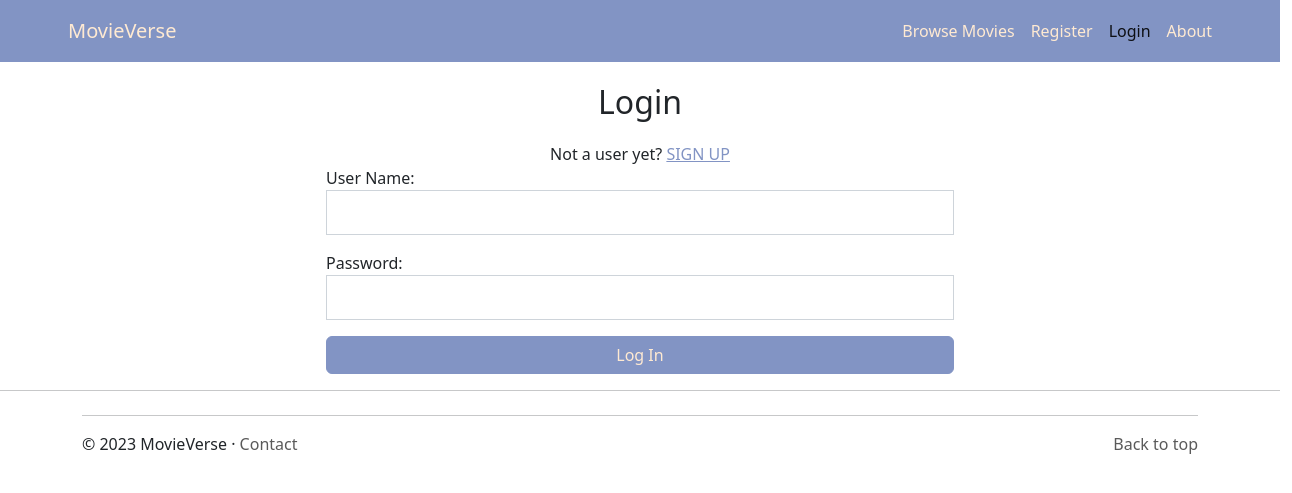
Repository: rafaelasantana/MovieVerse
Page: http://localhost/login.php
The author's editor kept a copy of each file at every save. The page is drawn from the files as they stood at one save, then again after the next save.
The browser window is 1280 px wide. The page is 1292 px wide, then 1280 px, then 1292 px, so the pictures cover 1292 px, including what lies to the right of the window. The pictures show the whole page.
Some web libraries are served in a nearby version. The page is run by PHP 8.4 with error messages shown; the project is at /var/www/html/.

Above is the page before, as saved 2023-06-10 22:20:04.
Console error: TypeError: Cannot read properties of undefined (reading 'keyboard')

### MovieVerse/login.php
<?php
$page = "login";
session_start();
include "header.php";
include "navbar.php";
include "database.php";
?>
<?php

$errordata = "";

if ($_SERVER['REQUEST_METHOD'] === 'POST') {

    if (empty($_POST["username"]) || empty($_POST["password"])) {
        $error = "Please fill out all the fields!";
    } else if (isset($_POST["username"]) && isset($_POST["password"])) {

        include_once "conn.php";
        $username = $_POST["username"];
        $password = $_POST["password"];

        //selektieren wir die daten von tabelle users in datenbank um die login zu machen
        $sql = "SELECT id, username, password, role, status FROM user WHERE username = ?";
        $stmt = $conn->prepare($sql);
        $stmt->bind_param("s", $username);
        $stmt->execute();

        $result = $stmt->get_result();
        //hier wird der session gespeichert

        while ($row = $result->fetch_assoc()) {
            echo "got results from the database";

            if (password_verify($password, $row["password"])) {
                echo "verifying password";
                $username = $row["username"];
                $role = $row["role"];
                $id = $row["id"];
                $status = $row["status"];

                $_SESSION["username"] = $username;
                $_SESSION["role"] = $role;
                $_SESSION["status"] = $status;
                $_SESSION["id"] = $id;
                echo "login worked!";

                // echo "<script>window.location.href='welcome.php'</script>";
                exit();
            } else if (!password_verify($password, $row["password"])) {
                $error = "Wrong username or password. Please try again!";
            } else if ($row["status"] == 'Inactive') {
                $error = "You are no longer allowed to access on this website!";
            }
        }
        $error = "Wrong username or password. Please try again!!";
        $conn = null;
    }
}

?>

<body>
    <div class="row justify-content-center">
        <div class="col-xs-10 col-lg-6">
            <!-- Testing with includes/ logic -->
            <form action="includes/login.inc.php" method="post" class="sign-in-form">
                <div class="fs-2 mt-3 text-center mb-3">Login</div>
                <div class="text-center">Not a user yet? <a href="registration.php" style="color:#8294C4"> SIGN UP</a></div>

                <div class="form-group mb-3">
                    <label>User Name:</label>
                    <input type="text" class="form-control" id="email" value="" name="username" required>
                </div>

                <div class="form-group mb-3">
                    <label>Password:</label>
                    <input type="password" class="form-control" id="password" value="" name="password" required>
                </div>

                <div style="color: red;">
                    <?php

                    if (isset($error)) {
                        echo "<p class=\"Rerror\">" . $error . "</p>";
                    }
                    ?>
                </div>
                <div class="d-grid gap-2">
                    <button type="submit" name="submit" class="btn btn-login">Log In</button>
                </div>
            </form>
        </div>

    </div>
    <hr class="featurette-divider">

    <?php

    include "footer.php";

    ?>

### MovieVerse/header.php
<!doctype html>
<html lang="en">

<head>
  <title>Title</title>
  <!-- Required meta tags -->
  <meta charset="utf-8">
  <meta name="viewport" content="width=device-width, initial-scale=1, shrink-to-fit=no">

  <!-- Bootstrap CSS v5.2.1 -->
  <link href="https://cdn.jsdelivr.net/npm/bootstrap@5.2.1/dist/css/bootstrap.min.css" rel="stylesheet" integrity="sha384-iYQeCzEYFbKjA/T2uDLTpkwGzCiq6soy8tYaI1GyVh/UjpbCx/TYkiZhlZB6+fzT" crossorigin="anonymous">

  <!-- Template Main CSS Files -->
  <link href="assets/css/variables.css" rel="stylesheet">
  <link href="assets/css/index.css" rel="stylesheet">
  <link href="assets/css/login.css" rel="stylesheet">
  <link href="assets/css/footer.css" rel="stylesheet">
  <link href="assets/css/navbar.css" rel="stylesheet">

  <!-- add jquery (here minimized version)-->
  <script src="https://code.jquery.com/jquery-3.6.4.min.js" integrity="sha256-oP6HI9z1XaZNBrJURtCoUT5SUnxFr8s3BzRl+cbzUq8=" crossorigin="anonymous"></script>

  <!-- add font awesome library -->
  <script src="https://kit.fontawesome.com/a2b15cd676.js" crossorigin="anonymous"></script>

  <script defer src="assets/js/index.js"></script>

</head>

<body>

### MovieVerse/navbar.php
<!-- Begin header -->
<div class="navbar navbar-expand-lg" style="background-color: #8294C4">
    <div class="container-fluid">
        <!-- click on logo image to go to homepage -->
        <a href="index.php" class="navbar-brand mx-2 navbar-text">MovieVerse</a>
        <!-- burger button when collapses -->
        <div class="justify-content-end">
            <button class="navbar-toggler" type="button" data-bs-toggle="collapse" data-bs-target="#navbar_index" aria-controls="navbar_index" aria-expanded="false">
                <span class="navbar-toggler-icon"></span>
            </button>

        </div>
        <!-- Navbar -->
        <div id="navbar_index" class="collapse navbar-collapse justify-content-end">
            <div class="navbar-nav">
                <a class="navbar-text nav-link <?php if ($page == 'index') echo 'active' ?>" href="index.php">Browse Movies</a>
                <?php
                // if user is logged in, show profile
                if (isset($_SESSION["firstname"])) { ?>
                    <a class="navbar-text nav-link <?php if ($page == 'profile') echo 'active' ?> " href="profile.php">Profile</a>
                    <a class='navbar-text nav-link <?php if($page == 'logout') echo 'active' ?>' href='includes/logout.inc.php'>Logout</a>
                <?php }
                // if user is not logged in, show register and login
                else { ?>
                    <a class="navbar-text nav-link <?php if ($page == "registration") echo "active" ?>" href="registration.php">Register</a>
                    <a class="navbar-text nav-link <?php if ($page == "login") echo " active" ?>" href="login.php">Login</a>
                <?php } ?>
                <a class="navbar-text nav-link <?php if ($page == "help") echo " active" ?>" href="about.php">About</a>
            </div>
        </div>
    </div>
</div>

### MovieVerse/database.php
<?php

//for Rafaela

// $host ="localhost";
//$user = "root";
//$password ="mysql";
//$database = "movieverse";

// for Livia
$host ="localhost";
$user = "root";
$password ="";
$database = "movieverseprojekt";

$conn = mysqli_connect($host, $user, $password, $database);

if(!$conn){
    die("Connection failed:" . mysqli_connect_error());
}

### MovieVerse/footer.php
<footer class="container mt-4">
  <hr class="featurette-divider">
  <p class="float-end"><a href="#" class="footerCls">Back to top</a></p>
  <p>&copy; 2023 MovieVerse &middot; <a href="about.php" class="footerCls">Contact</a></p>
</footer>
<!-- Bootstrap JavaScript Libraries -->
<script src="https://cdn.jsdelivr.net/npm/@popperjs/core@2.11.6/dist/umd/popper.min.js" integrity="sha384-oBqDVmMz9ATKxIep9tiCxS/Z9fNfEXiDAYTujMAeBAsjFuCZSmKbSSUnQlmh/jp3" crossorigin="anonymous">
</script>

<script src="https://cdn.jsdelivr.net/npm/bootstrap@5.2.1/dist/js/bootstrap.min.js" integrity="sha384-7VPbUDkoPSGFnVtYi0QogXtr74QeVeeIs99Qfg5YCF+TidwNdjvaKZX19NZ/e6oz" crossorigin="anonymous">
</script>
</body>

</html>

### MovieVerse/assets/css/variables.css
/**
* Template Name: ZenBlog
* File: variables.css
* Description: Easily customize colors, typography, and other repetitive properties used in the template main stylesheet file main.css
*
* Template URL: https://bootstrapmade.com/zenblog-bootstrap-blog-template/
* Author: BootstrapMade.com
* License: https://bootstrapmade.com/license/
*
* Contents:
* 1. ZenBlog template variables
* 2. Override default Bootstrap variables
* 3. Set color and background class names
*
* Learn more about CSS variables at https://developer.mozilla.org/en-US/docs/Web/CSS/Using_CSS_custom_properties
*/

/*--------------------------------------------------------------
# 1. ZenBlog template variables
--------------------------------------------------------------*/
:root {

  /* Fonts */
  --font-default: 'EB Garamond', system-ui, -apple-system, "Segoe UI", Roboto, "Helvetica Neue", Arial, "Noto Sans", "Liberation Sans", sans-serif, "Apple Color Emoji", "Segoe UI Emoji", "Segoe UI Symbol", "Noto Color Emoji";
  --font-primary: 'EB Garamond', serif; /*'Playfair Display', serif;*/
  --font-secondary: 'Inter', sans-serif;

  /* Colors */
  /* The *-rgb color names are simply the RGB converted value of the corresponding color for use in the rgba() function */

  /* Default text color */
  --color-default: #212529;
  --color-default-rgb: 33, 37, 41;

  /* Defult links color */
  --color-links: #212529;
  --color-links-hover: #15171a;

  /* Primay colors */
  --color-primary: #212529;
  --color-primary-light: #26282c;
  --color-primary-dark: #0b0c0e;

  --color-primary-rgb: 33, 37, 41;
  --color-primary-light-rgb: 38, 40, 44;
  --color-primary-dark-rgb: 11, 12, 14;

  /* Secondary colors */
  --color-secondary: #596d80;
  --color-secondary-light: #8498aa;
  --color-secondary-dark: #404f5c;

  --color-secondary-rgb: 89, 109, 128;
  --color-secondary-light-rgb: 132, 152, 170;
  --color-secondary-dark-rgb: 64, 79, 92;

  /* General colors */
  --color-blue: #0d6efd;
  --color-blue-rgb: 13, 110, 253;

  --color-indigo: #6610f2;
  --color-indigo-rgb: 102, 16, 242;

  --color-purple: #6f42c1;
  --color-purple-rgb: 111, 66, 193;

  --color-pink: #f3268c;
  --color-pink-rgb: 243, 38, 140;

  --color-red: #df1529;
  --color-red-rgb: 223, 21, 4;

  --color-orange: #fd7e14;
  --color-orange-rgb: 253, 126, 20;

  --color-yellow: #ffc107;
  --color-yellow-rgb: 255, 193, 7;

  --color-green: #059652;
  --color-green-rgb: 5, 150, 82;

  --color-teal: #20c997;
  --color-teal-rgb: 32, 201, 151;

  --color-cyan: #0dcaf0;
  --color-cyan-rgb: 13, 202, 240;

  --color-white: #ffffff;
  --color-white-rgb: 255, 255, 255;

  --color-gray: #6c757d;
  --color-gray-rgb: 108, 117, 125;

  --color-black: #000000;
  --color-black-rgb: 0, 0, 0;
}

/*--------------------------------------------------------------
# 2. Override default Bootstrap variables
--------------------------------------------------------------*/
:root {
  --bs-blue: var(--color-blue);
  --bs-indigo: var(--color-indigo);
  --bs-purple: var(--color-purple);
  --bs-pink: var(--color-pink);
  --bs-red: var(--color-red);
  --bs-orange: var(--color-orange);
  --bs-yellow: var(--color-yellow);
  --bs-green: var(--color-green);
  --bs-teal: var(--color-teal);
  --bs-cyan: var(--color-cyan);
  --bs-white: var(--color-white);
  --bs-gray: var(--color-gray);
  --bs-gray-dark: #343a40;
  --bs-gray-100: #f8f9fa;
  --bs-gray-200: #e9ecef;
  --bs-gray-300: #dee2e6;
  --bs-gray-400: #ced4da;
  --bs-gray-500: #adb5bd;
  --bs-gray-600: #6c757d;
  --bs-gray-700: #495057;
  --bs-gray-800: #343a40;
  --bs-gray-900: #212529;
  --bs-primary: var(--color-blue);
  --bs-secondary: var(--color-blue);
  --bs-success: #198754;
  --bs-info: #0dcaf0;
  --bs-warning: #ffc107;
  --bs-danger: #dc3545;
  --bs-light: #f8f9fa;
  --bs-dark: #212529;
  --bs-primary-rgb: var(--color-primary-rgb);
  --bs-secondary-rgb: var(--color-secondary-rgb);
  --bs-success-rgb: 25, 135, 84;
  --bs-info-rgb: 13, 202, 240;
  --bs-warning-rgb: 255, 193, 7;
  --bs-danger-rgb: 220, 53, 69;
  --bs-light-rgb: 248, 249, 250;
  --bs-dark-rgb: 33, 37, 41;
  --bs-white-rgb: var(--color-white-rgb);
  --bs-black-rgb: var(--color-black-rgb);
  --bs-body-color-rgb: var(--color-default-rgb);
  --bs-body-bg-rgb: 255, 255, 255;
  --bs-font-sans-serif: var(--font-default);
  --bs-font-monospace: SFMono-Regular, Menlo, Monaco, Consolas, "Liberation Mono", "Courier New", monospace;
  --bs-gradient: linear-gradient(180deg, rgba(255, 255, 255, 0.15), rgba(255, 255, 255, 0));
  --bs-body-font-family: var(--font-default);
  --bs-body-font-size: 1rem;
  --bs-body-font-weight: 400;
  --bs-body-line-height: 1.5;
  --bs-body-color: var(--color-default);
  --bs-body-bg: #fff;
}

/*--------------------------------------------------------------
# 3. Set color and background class names
--------------------------------------------------------------*/
/* Fonts */
.font-default { font-family: var(--font-default) !important; }
.font-primary { font-family: var(--font-primary) !important;}
.font-secondary { font-family: var(--font-secondary) !important; }

/* Text Colors */
.color-default { color: var(--color-default) !important; }
.color-links { color: var(--color-links) !important; }
.color-links:hover { color: var(--color-links-hover) !important; }
.color-primary { color: var(--color-primary) !important; }
.color-primary-light { color: var(--color-primary-light) !important; }
.color-primary-dark { color: var(--color-primary-dark) !important; }
.color-secondary { color: var(--color-secondary) !important; }
.color-secondary-light { color: var(--color-secondary-light) !important; }
.color-secondary-dark { color: var(--color-secondary-dark) !important; }
.color-blue { color: var(--color-blue) !important; }
.color-indigo { color: var(--color-indigo) !important; }
.color-purple { color: var(--color-purple) !important; }
.color-pink { color: var(--color-pink) !important; }
.color-red { color: var(--color-red) !important; }
.color-orange { color: var(--color-orange) !important; }
.color-yellow { color: var(--color-yellow) !important; }
.color-green { color: var(--color-green) !important; }
.color-teal { color: var(--color-teal) !important; }
.color-cyan { color: var(--color-cyan) !important; }
.color-white { color: var(--color-white) !important; }
.color-gray { color: var(--color-gray) !important; }
.color-black { color: var(--color-black) !important; }

/* Background Colors */
.bg-default { background-color: var(--color-default) !important; }
.bg-primary { background-color: var(--color-primary) !important; }
.bg-primary-light { background-color: var(--color-primary-light) !important; }
.bg-primary-dark { background-color: var(--color-primary-dark) !important; }
.bg-secondary { background-color: var(--color-secondary) !important; }
.bg-secondary-light { background-color: var(--color-secondary-light) !important; }
.bg-secondary-dark { background-color: var(--color-secondary-dark) !important; }
.bg-blue { background-color: var(--color-blue) !important; }
.bg-indigo { background-color: var(--color-indigo) !important; }
.bg-purple { background-color: var(--color-purple) !important; }
.bg-pink { background-color: var(--color-pink) !important; }
.bg-red { background-color: var(--color-red) !important; }
.bg-orange { background-color: var(--color-orange) !important; }
.bg-yellow { background-color: var(--color-yellow) !important; }
.bg-green { background-color: var(--color-green) !important; }
.bg-teal { background-color: var(--color-teal) !important; }
.bg-cyan { background-color: var(--color-cyan) !important; }
.bg-white { background-color: var(--color-white) !important; }
.bg-gray { background-color: var(--color-gray) !important; }
.bg-black { background-color: var(--color-black) !important; }

### MovieVerse/assets/css/index.css
.btn{
    --bs-btn-color:#FFEAD2;
    background-color:#8294C4;
    text-decoration: none;
    --bs-btn-border-color:#8294C4;
    --bs-btn-hover-color:#FFEAD2;
    --bs-btn-hover-bg:#DBDFEA;
    --bs-btn-hover-border-color:#DBDFEA;
    --bs-btn-focus-shadow-rgb:0,0,0;
    --bs-btn-active-color:#FFEAD2;
    --bs-btn-active-bg:#8294C4;
    --bs-btn-active-border-color:#8294C4;
    --bs-btn-active-shadow:inset 0 3px 5px rgba(0, 0, 0, 0.125);
    --bs-btn-disabled-color:#DBDFEA;
    --bs-btn-disabled-bg:transparent;
    --bs-btn-disabled-border-color:#DBDFEA;
    --bs-gradient:none;
}

.container-fluid {
    padding-left: 60px; /* Add left margin */
    padding-right: 60px; /* Add right margin */
}

.img-wrapper{
    display: flex;
    align-items: center;
    justify-content: center;
}

.search-image-responsive{
    width:150px;
    height:150px;
}

img{
    width:400px;
    height:550px;

 /*Scale down will take the necessary specified space that is 100px x 100px without stretching the image*/
     object-fit:scale-down;
}

@media screen and (min-width:576px) {
    .carousel-inner{
        display: flex;
    }
    .carousel-item{
        flex: auto;
    }
    .img-wrapper{
        height: 35em;
    }

}

.carousel{
    width: 1150px;
}

.carousel-item{
    display: block;
    margin-right: 0;
    margin: 1em;
}

.carousel-inner{
    padding: 1em;
}

.card-container {
    display: flex;
    flex-wrap: wrap;
}

.card {
    flex: 1 1 300px; /* Set a fixed width for the cards */
    margin: 10px; /* Add some margin between the cards */
    display: flex;
    flex-direction: column;
}

.card-body {
    flex-grow: 1; /* Allow the card body to expand to fill the available space */
    padding-bottom: 80px; /* Add padding to the bottom to create space for the buttons */
}

.card-buttons {
    position: absolute; /* Add position: absolute */
    bottom: 10px; /* Adjust the desired distance from the bottom */
    left: 10px; /* Adjust the desired distance from the left */
}

@media (max-width: 768px) {
    .card-container {
        flex-wrap: nowrap;
    }

    .card-container .card {
        width: 100%;
        margin-right: 0;
    }
}

.carousel-control-prev, .carousel-control-next{
    /* position: fixed; */
    margin: 10em;
    width: 6vh;
    height: 6vh;
    background-color: #e1e1e1;
    border-radius: 50%;
    top: 50%;
    transform: translateY(-50%);
    opacity: .5;
}

.search-result .title h3 {
    margin: 0 0 15px;
    color: #333;
}
.search-result .title p {
    font-size: 12px;
    color: #333;
}
.well {
    border: 0;
    padding: 0px;
    min-height: 63px;
    background: #fff;
    box-shadow: none;
    border-radius: 0px;
    position: relative;
    max-height: 100000px;
    border-bottom: 2px solid #ccc;
    transition: max-height 0.5s ease;
    -o-transition: max-height 0.5s ease;
    -ms-transition: max-height 0.5s ease;
    -moz-transition: max-height 0.5s ease;
    -webkit-transition: max-height 0.5s ease;
}
.form-control {
    height: 45px;
    padding: 10px;
    font-size: 16px;
    box-shadow: none;
    border-radius: 0;
    position: relative;
}

### MovieVerse/assets/css/login.css
.btn-login{
  --bs-btn-color:#FFEAD2;
  background-color:#8294C4;
  text-decoration: none;
  --bs-btn-border-color:#8294C4;
  --bs-btn-hover-color:#FFEAD2;
  --bs-btn-hover-bg:#DBDFEA;
  --bs-btn-hover-border-color:#DBDFEA;
  --bs-btn-focus-shadow-rgb:0,0,0;
  --bs-btn-active-color:#FFEAD2;
  --bs-btn-active-bg:#8294C4;
  --bs-btn-active-border-color:#8294C4;
  --bs-btn-active-shadow:inset 0 3px 5px rgba(0, 0, 0, 0.125);
  --bs-btn-disabled-color:#DBDFEA;
  --bs-btn-disabled-bg:transparent;
  --bs-btn-disabled-border-color:#DBDFEA;
  --bs-gradient:none;
  }

.text{
  text-align: center;
}

### MovieVerse/assets/css/footer.css
a.footerCls{
    text-decoration: none;
    color: #5a5a5a;
}

a.footerCls:hover{
    color: #c9a58b;
}

### MovieVerse/assets/css/navbar.css
.navbar-text {
    color: #FFEAD2;
}

.navbar-text .active{
    color: #DBDFEA;
}

### MovieVerse/assets/js/index.js
$(document).ready(function () {

    var multipleItemCarousel = document.querySelector('#multipleItemCarousel');

    // toggle form to add new movie
    $("#addMovieToggle").click(function() {
        console.log("clicked on addMovieToggle ");
        $("#addMovieForm").toggle();
    })

    // photo carousel logic
    // for bigger screens
    if (window.matchMedia("(min-width:576px)").matches) {

        var carousel = new bootstrap.Carousel(multipleItemCarousel, {
            interval: false
        })

        var carouselWidth = $('.carousel-inner')[0].scrollWidth;

        var cardWidth = $('.carousel-item').width();


        var scrollPosition = 0;

        $('.carousel-control-next').on('click', function () {
            if (scrollPosition < (carouselWidth - (cardWidth * 4))) {
                console.log('next');
                scrollPosition = scrollPosition + cardWidth;
                $('.carousel-inner').animate({ scrollLeft: scrollPosition }, 600);
            }
        })

        $('.carousel-control-prev').on('click', function () {
            if (scrollPosition > 0) {
                console.log('prev');
                scrollPosition = scrollPosition - cardWidth;
                $('.carousel-inner').animate({ scrollLeft: scrollPosition }, 600);
            }
        })
    }
    // for smaller screens
    else {
        $(multipleItemCarousel).addClass('slide');

        $('.carousel-control-next').on('click', function () {
            if (scrollPosition < (carouselWidth - (cardWidth * 4))) {
                console.log('next');
                scrollPosition = scrollPosition + cardWidth;
                $('.carousel-inner').animate({ scrollLeft: scrollPosition }, 600);
            }
        })

        $('.carousel-control-prev').on('click', function () {
            if (scrollPosition > 0) {
                console.log('prev');
                scrollPosition = scrollPosition - cardWidth;
                $('.carousel-inner').animate({ scrollLeft: scrollPosition }, 600);
            }
        })

    }

});

After the next save:
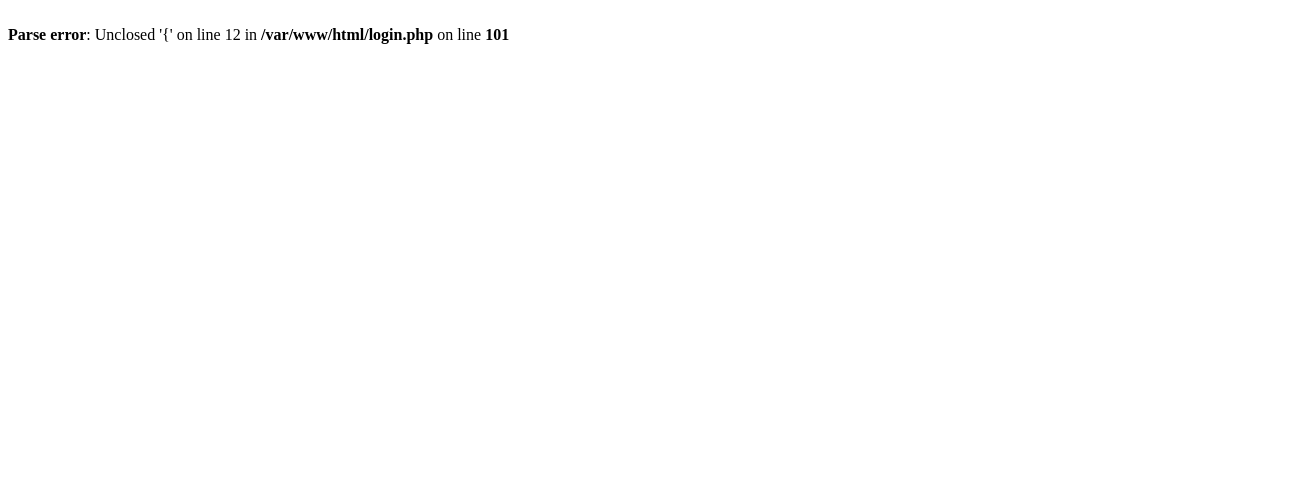
The error is gone.
Saved 13 min 30 s later.
--- a/MovieVerse/login.php
+++ b/MovieVerse/login.php
@@ -20,41 +20,41 @@
         $password = $_POST["password"];
 
         //selektieren wir die daten von tabelle users in datenbank um die login zu machen
-        $sql = "SELECT id, username, password, role, status FROM user WHERE username = ?";
-        $stmt = $conn->prepare($sql);
-        $stmt->bind_param("s", $username);
-        $stmt->execute();
+        $sql = "SELECT id, username, password, role, status, firstname, email FROM user WHERE username = ?";
+$stmt = $conn->prepare($sql);
+$stmt->bind_param("s", $username);
+$stmt->execute();
 
-        $result = $stmt->get_result();
-        //hier wird der session gespeichert
+$result = $stmt->get_result();
+while ($row = $result->fetch_assoc()) {
+    echo "got results from the database";
 
-        while ($row = $result->fetch_assoc()) {
-            echo "got results from the database";
+    if (password_verify($password, $row["password"])) {
+        echo "verifying password";
+        $username = $row["username"];
+        $role = $row["role"];
+        $id = $row["id"];
+        $status = $row["status"];
+        $firstname = $row["firstname"];
+        $email = $row["email"];
 
-            if (password_verify($password, $row["password"])) {
-                echo "verifying password";
-                $username = $row["username"];
-                $role = $row["role"];
-                $id = $row["id"];
-                $status = $row["status"];
+        $_SESSION["username"] = $username;
+        $_SESSION["role"] = $role;
+        $_SESSION["status"] = $status;
+        $_SESSION["id"] = $id;
+        $_SESSION["firstname"] = $firstname;
+        $_SESSION["email"] = $email;
 
-                $_SESSION["username"] = $username;
-                $_SESSION["role"] = $role;
-                $_SESSION["status"] = $status;
-                $_SESSION["id"] = $id;
-                echo "login worked!";
+        echo "login worked!";
+        // echo "<script>window.location.href='welcome.php'</script>";
+        exit();
+    } else if (!password_verify($password, $row["password"])) {
+        $error = "Wrong username or password. Please try again!";
+    } else if ($row["status"] == 'Inactive') {
+        $error = "You are no longer allowed to access on this website!";
+    }
+}
 
-                // echo "<script>window.location.href='welcome.php'</script>";
-                exit();
-            } else if (!password_verify($password, $row["password"])) {
-                $error = "Wrong username or password. Please try again!";
-            } else if ($row["status"] == 'Inactive') {
-                $error = "You are no longer allowed to access on this website!";
-            }
-        }
-        $error = "Wrong username or password. Please try again!!";
-        $conn = null;
-    }
 }
 
 ?>

After the save that followed:
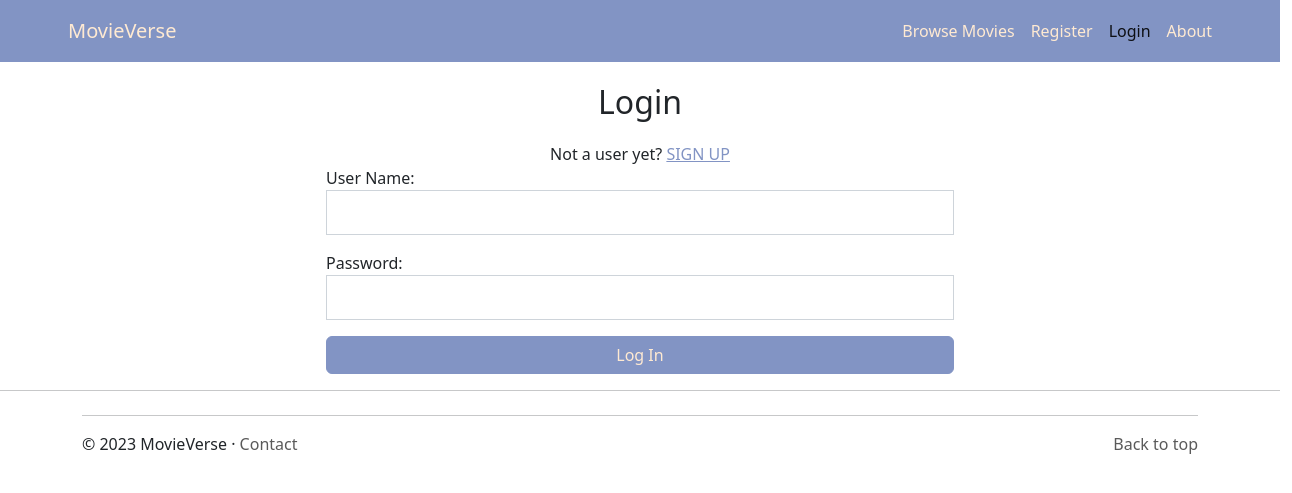
Console error: TypeError: Cannot read properties of undefined (reading 'keyboard')
Saved 32 s later.
--- a/MovieVerse/login.php
+++ b/MovieVerse/login.php
@@ -53,8 +53,7 @@
     } else if ($row["status"] == 'Inactive') {
         $error = "You are no longer allowed to access on this website!";
     }
-}
-
+}}
 }
 
 ?>
